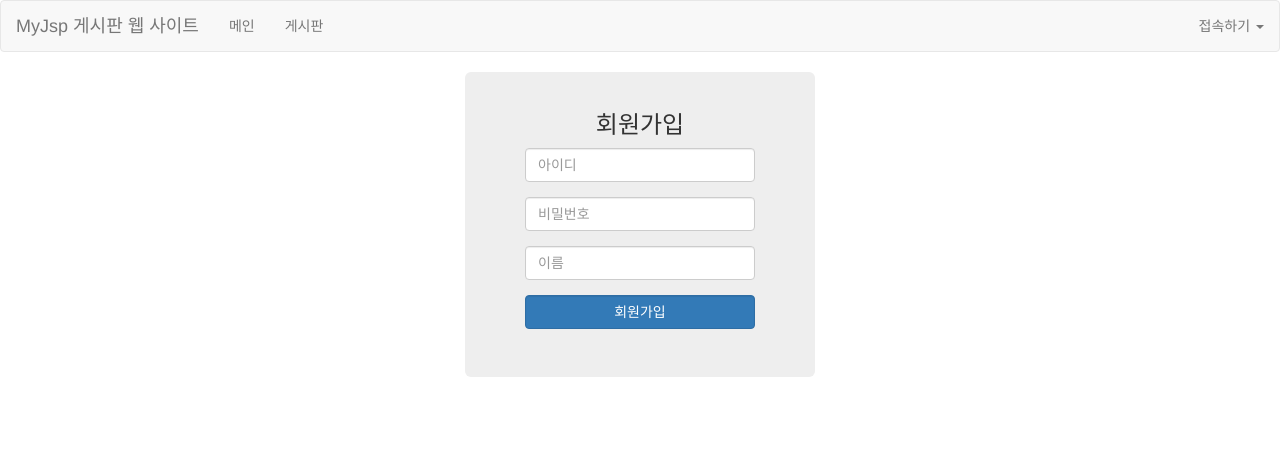
Repository: Ji3un/JspBoard
Page: http://localhost/BBS/join.jsp
The author's editor kept a copy of each file at every save. The page is drawn from the files as they stood at one save, then again after the next save.
The browser window is 1280 px wide. The pictures show the whole page.
Some web libraries are served in a nearby version. The page is served by Tomcat 9.

Above is the page before, as saved 2017-10-03 11:43:22.

After the next save:
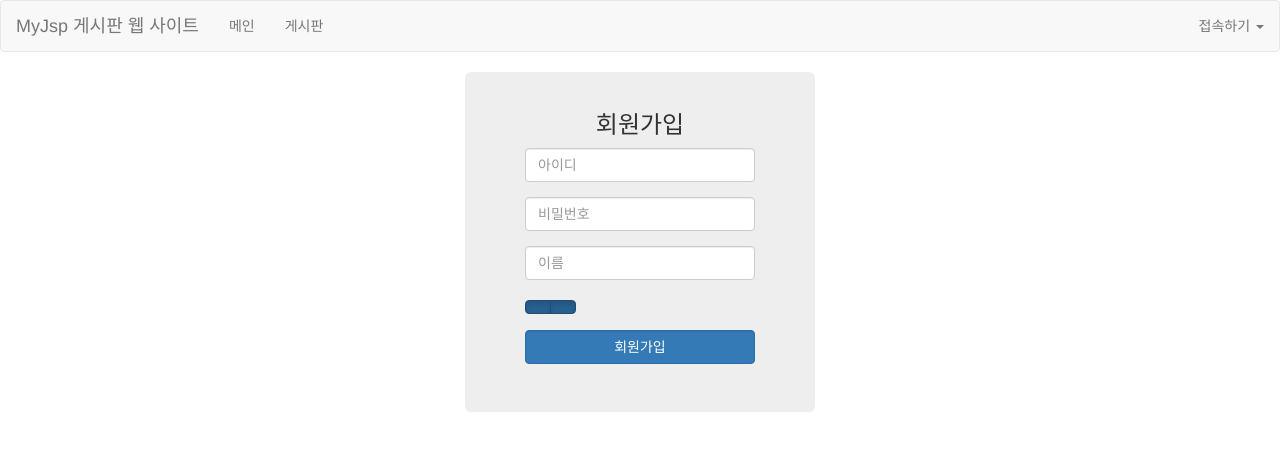
Saved 4 min 46 s later.
--- a/BBS/WebContent/join.jsp
+++ b/BBS/WebContent/join.jsp
@@ -56,7 +56,14 @@
 							name="userName" maxlength="20">
 					</div>
 					<div class="form-group" style="text-algin:center;">
-
+						<div class="btn-group" data-toggle="buttons">
+							<label class="btn btn-primary active">
+								<input type="radio" name="userGender" autocomplete="off" name="남자" value="0" checked>
+							</label>
+							<label class="btn btn-primary active">
+								<input type="radio" name="userGender" autocomplete="off" name="여자" value="1" checked>
+							</label>
+						</div>
 					</div>
 
 					<input type="submit" class="btn btn-primary form-control"
